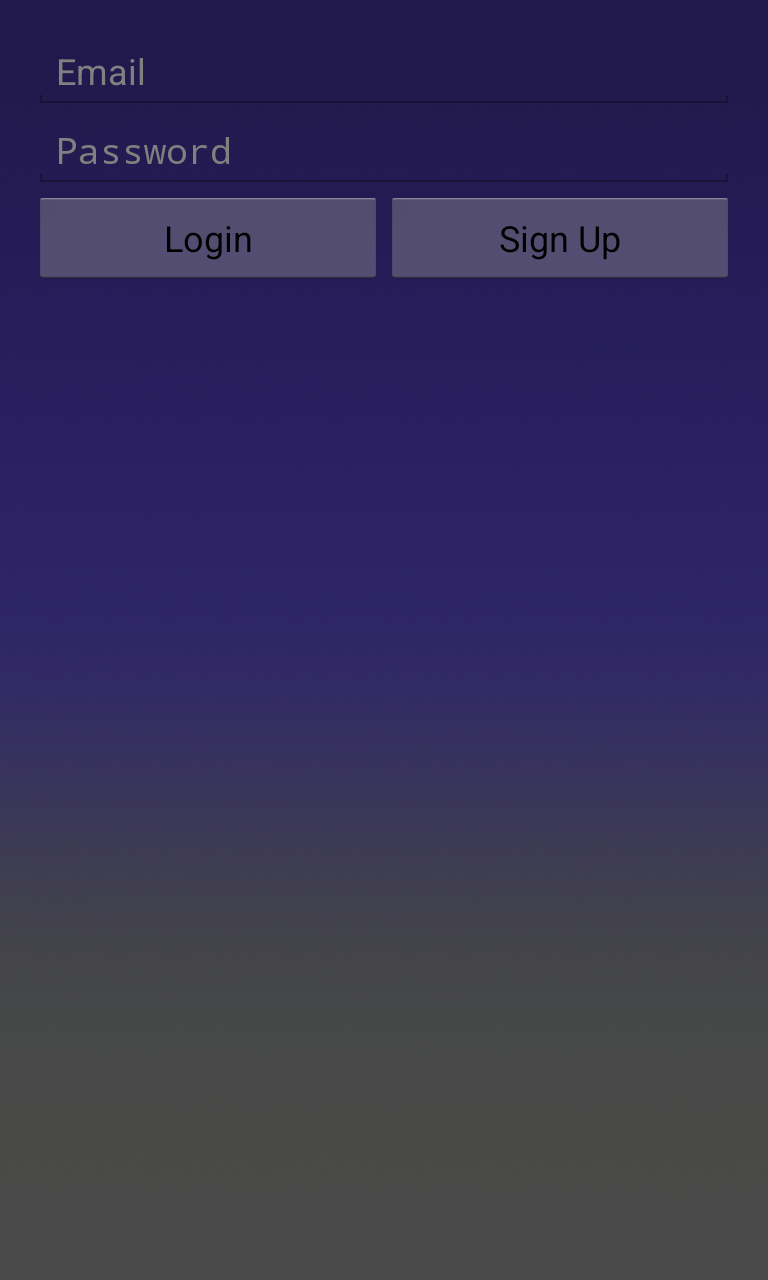
Repository: NanaKwame/MITBosses
Layout: TabActionBar/res/layout/activity_log_in.xml
An editor plug-in stored every save of this project. The layout is shown before and after the next save, followed by the edit.
It is drawn on a 768 x 1280 px phone screen (xhdpi) without system bars, with theme AppTheme; the app's code is not run.

Above is the layout before, as saved 2013-04-29 21:06:53.

After the next save:
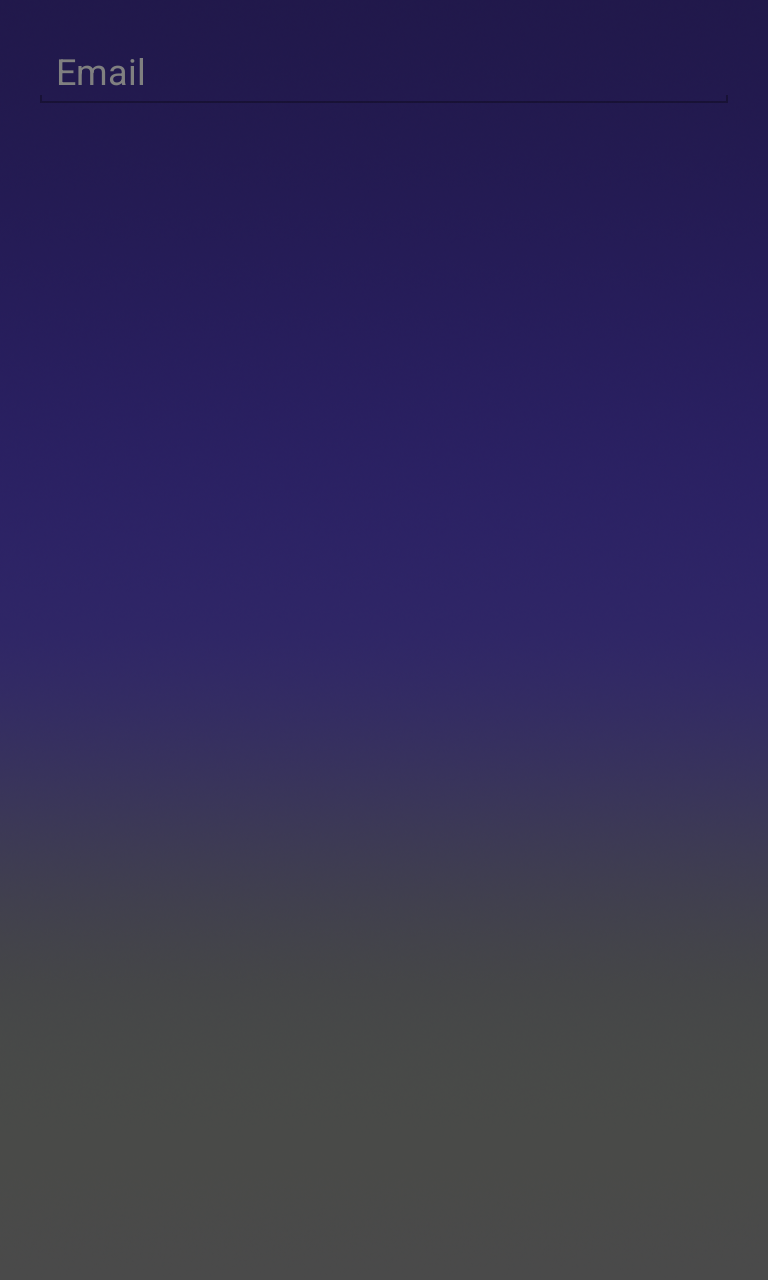
Saved 20 h 26 min later.
--- a/TabActionBar/res/layout/activity_log_in.xml
+++ b/TabActionBar/res/layout/activity_log_in.xml
@@ -8,6 +8,11 @@
     android:paddingRight="@dimen/activity_horizontal_margin"
     android:paddingTop="@dimen/activity_vertical_margin"
     tools:context=".LogInActivity" >
+
+    <LinearLayout
+    	android:layout_width="match_parent"
+    	android:layout_height="match_parent"
+    	android:orientation="horizontal" >
 
     <EditText
         android:id="@+id/email"
@@ -44,5 +49,6 @@
 	        android:text="@string/sign_up"
 	        android:onClick="signUp" />
 	</LinearLayout>
+	</LinearLayout>
 
 </LinearLayout>

After the save that followed:
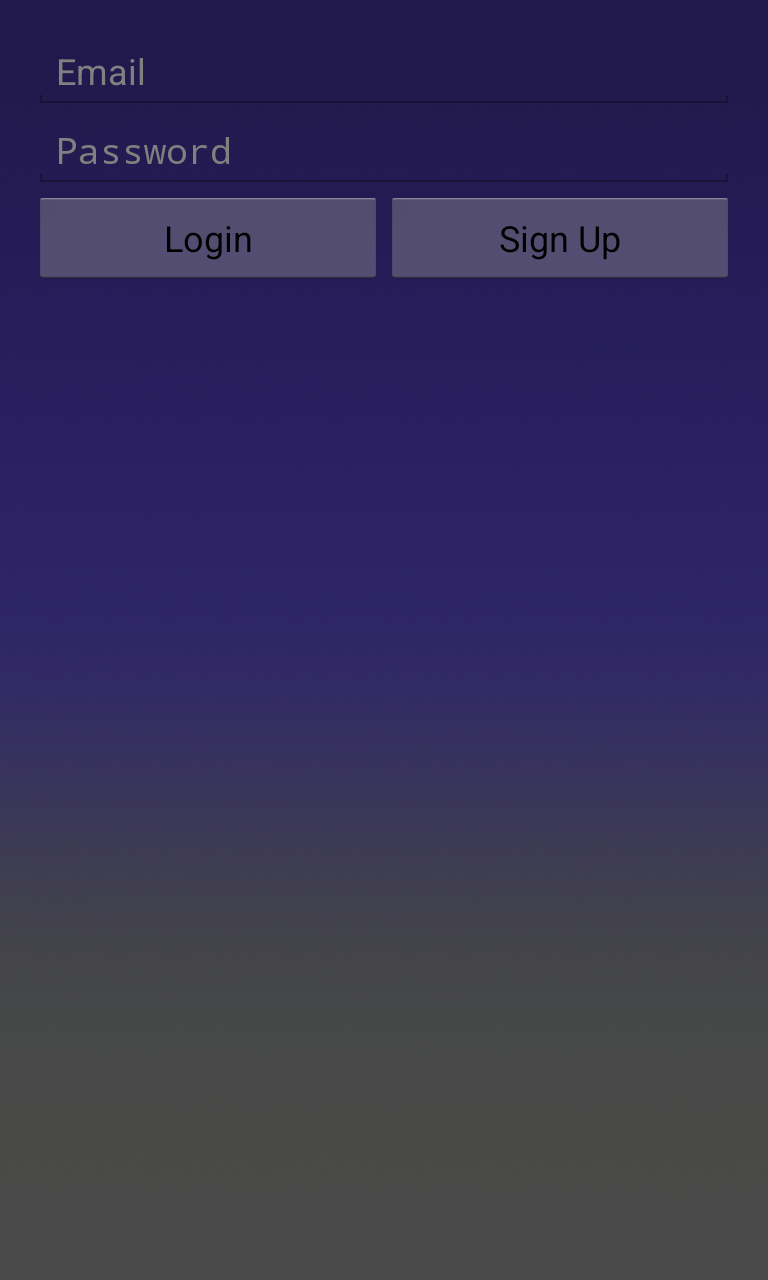
Saved 29 s later.
--- a/TabActionBar/res/layout/activity_log_in.xml
+++ b/TabActionBar/res/layout/activity_log_in.xml
@@ -12,7 +12,7 @@
     <LinearLayout
     	android:layout_width="match_parent"
     	android:layout_height="match_parent"
-    	android:orientation="horizontal" >
+    	android:orientation="vertical" >
 
     <EditText
         android:id="@+id/email"
